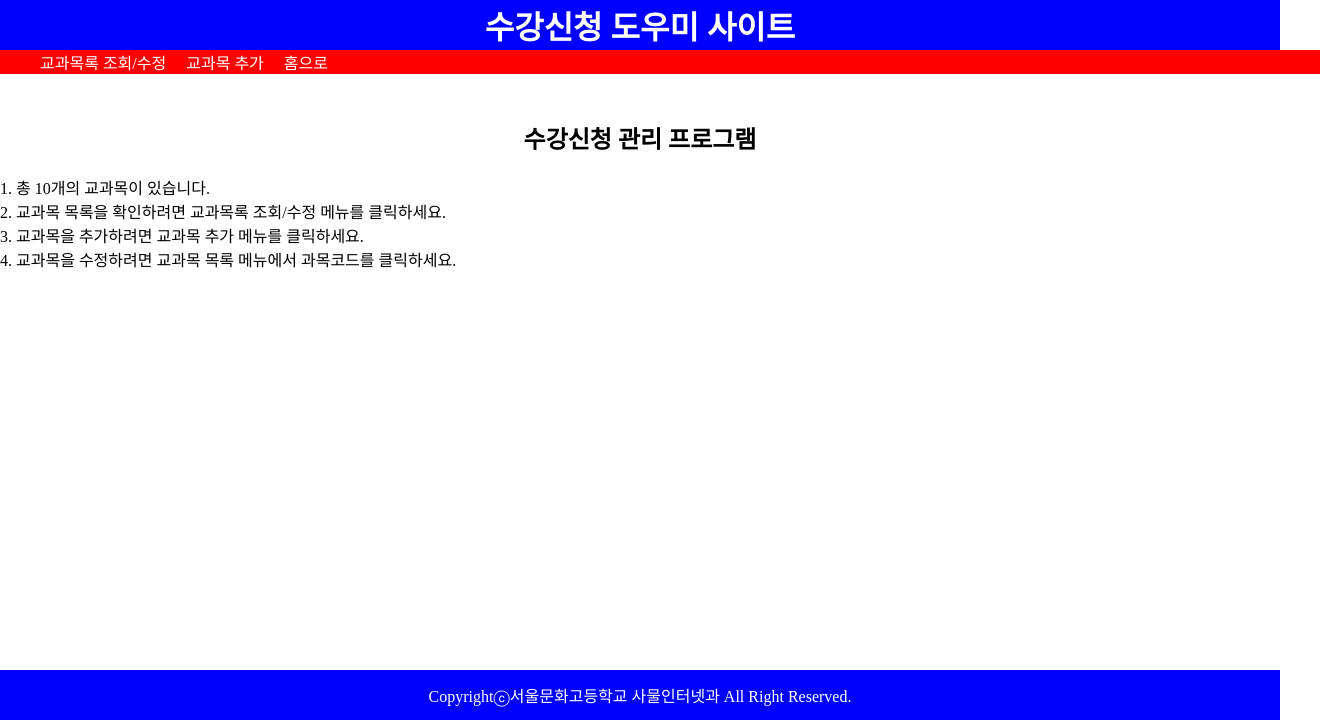
Repository: yuuki08noah/CHUNGCHUSANKI
Page: http://localhost/HRD_002/
These files come from the project's save history. The page is drawn as it stood at one moment and after the next save; the edit follows.
The browser window is 1280 px wide. The page is 1280 px wide, then 1320 px, so the pictures cover 1320 px, including what lies to the right of the window. The pictures show the whole page.
The page is served by Tomcat 9. Other server files are loaded and not shown.

Above is the page before, as saved 2025-04-01 07:54:50.

### HRD_002/src/main/webapp/index.jsp
<%@ page language="java" contentType="text/html; charset=UTF-8"
    pageEncoding="UTF-8"%>
<!DOCTYPE html>
<html>
<head>
<meta charset="UTF-8">
<title>Index</title>
</head>
<body>
	<jsp:include page="header.jsp"/>
	<section style="position: absolute; width: 100%; top:100px">
		<div style="text-align: center; width: 100%">
			<h2>수강신청 관리 프로그램</h2>
		</div>
		1. 총 10개의 교과목이 있습니다.<br>
		2. 교과목 목록을 확인하려면 교과목록 조회/수정 메뉴를 클릭하세요.<br>
		3. 교과목을 추가하려면 교과목 추가 메뉴를 클릭하세요.<br>
		4. 교과목을 수정하려면 교과목 목록 메뉴에서 과목코드를 클릭하세요.
	</section>
	<jsp:include page="footer.jsp"/>
</body>
</html>

### HRD_002/src/main/webapp/header.jsp
<%@ page language="java" contentType="text/html; charset=UTF-8"
    pageEncoding="UTF-8"%>
<!DOCTYPE html>
<html>
<head>
<meta charset="UTF-8">
<title>Header</title>
</head>
<body style="margin: 0 0; padding: 0 0;">
	<div style="display: flex; position: fixed; top: 0px; justify-content: center; align-items: center; background-color: blue; width: 100%; height: 50px; color: white;"><h1>수강신청 도우미 사이트</h1></div>
	<div style="display: flex; gap: 20px; width: 100%; padding-left: 40px; background-color: red; position: fixed; top: 50px; color: white">
	<a>교과목록 조회/수정</a>

	<a>교과목 추가</a>

	<a>홈으로</a>
	</div>
</body>
</html>

### HRD_002/src/main/webapp/footer.jsp
<%@ page language="java" contentType="text/html; charset=UTF-8"
    pageEncoding="UTF-8"%>
<!DOCTYPE html>
<html>
<head>
<meta charset="UTF-8">
<title>Footer</title>
</head>
<body style="margin:0 0; padding: 0 0">
	<div style="display: flex; position: fixed; bottom: 0px; justify-content: center; align-items: center; background-color: blue; width: 100%; height: 50px; color: white;">Copyrightⓒ서울문화고등학교 사물인터넷과 All Right Reserved.</div>

</body>
</html>

After the next save:
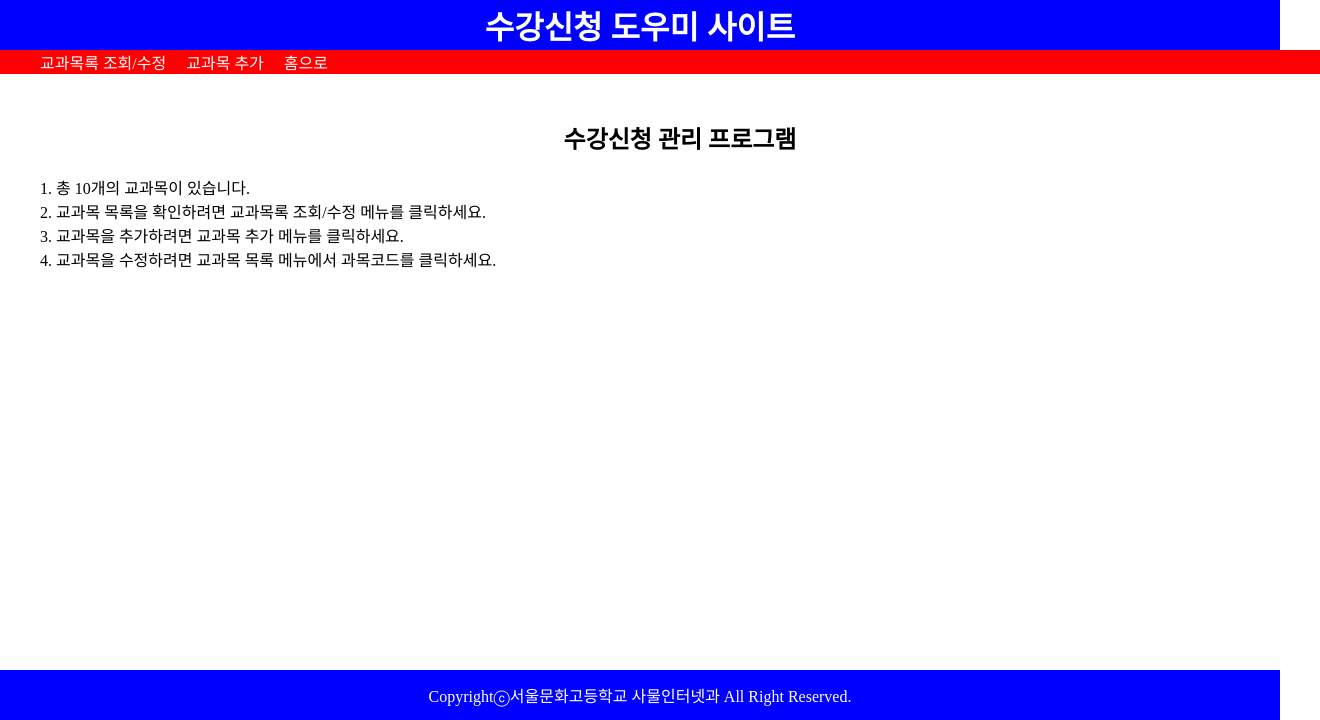
Saved 31 s later.
--- a/HRD_002/src/main/webapp/index.jsp
+++ b/HRD_002/src/main/webapp/index.jsp
@@ -8,7 +8,7 @@
 </head>
 <body>
 	<jsp:include page="header.jsp"/>
-	<section style="position: absolute; width: 100%; top:100px">
+	<section style="position: absolute; width: 100%; top:100px; padding-left: 40px">
 		<div style="text-align: center; width: 100%">
 			<h2>수강신청 관리 프로그램</h2>
 		</div>
